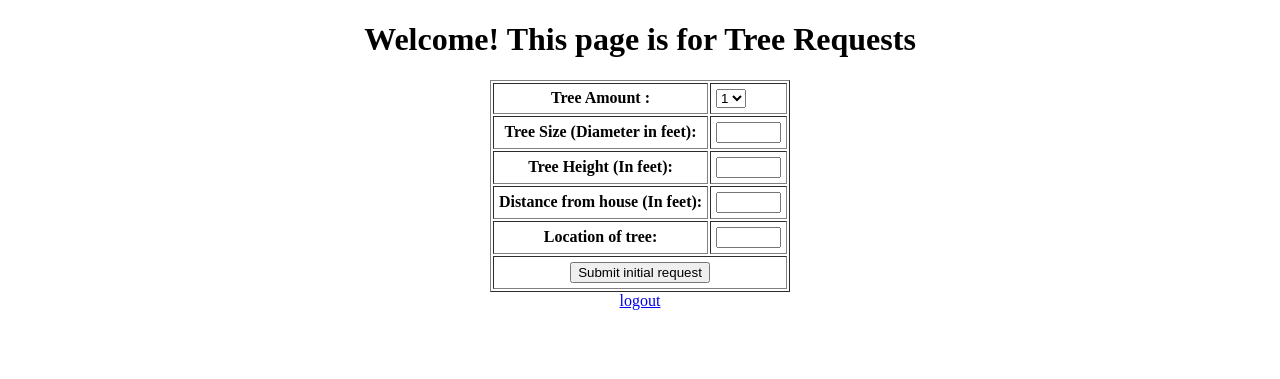
Repository: jrule5960/Tree-Cutting-Database
Page: http://localhost/database/processTreeRequest.jsp
These files come from the project's save history. The page is drawn as it stood at one moment and after the next save; the edit follows.
The browser window is 1280 px wide. The pictures show the whole page.
The page is served by Tomcat 9. Other server files are loaded and not shown.

Above is the page before, as saved 2023-11-06 21:09:02.

### database/WebContent/processTreeRequest.jsp
<%@ page language="java" contentType="text/html; charset=ISO-8859-1"
    pageEncoding="ISO-8859-1"%>
<%@ taglib uri="http://java.sun.com/jsp/jstl/core" prefix="c" %>

<!DOCTYPE html>
<html>
<head>
<meta charset="ISO-8859-1">
<title>Process Tree page</title>
</head>

<center><h1>Welcome! This page is for Tree Requests</h1> </center>

	<center>
	</center>



	<form action = "DavidSmithView.jsp" method = "post">
	<center>

		<table border="1" cellpadding="5">
		<tr>
			<th> Tree Amount : </th>
			<td>
			<select name= "tree_amt">
				<option value ="1"> 1  </option>
				<option value ="2"> 2  </option>
				<option value ="3"> 3  </option>
			</select>
			</td>
		</tr>

		<tr>
			<th> Tree Size (Diameter in feet): </th>
			<td align="center" colspan="8">
			<input type = "text" name = "tree_size" size = "5">
			</td>
		</tr>

		<tr>
			<th> Tree Height (In feet): </th>
			<td align="center" colspan="8">
			<input type = "text" name = "tree_height" size = "5">
			</td>
		</tr>

		<tr>
			<th> Distance from house (In feet): </th>
			<td align="center" colspan="8">
			<input type = "text" name = "tree_distance" size = "5">
			</td>
		</tr>

		<tr>
			<th> Location of tree: </th>
			<td align="center" colspan="8">
			<input type = "text" name = "tree_location" size = "5">
			</td>
		</tr>

		<tr>
			<td align="center" colspan="8">
			<input type = "submit" value = "Submit initial request">
			</td>
		</tr>
		</center>

		</table>
	</form>


	<body>
	 <center>
		 <a href="login.jsp"target ="_self" > logout</a><br><br>
		 </center>
	</body>
</html>

After the next save:
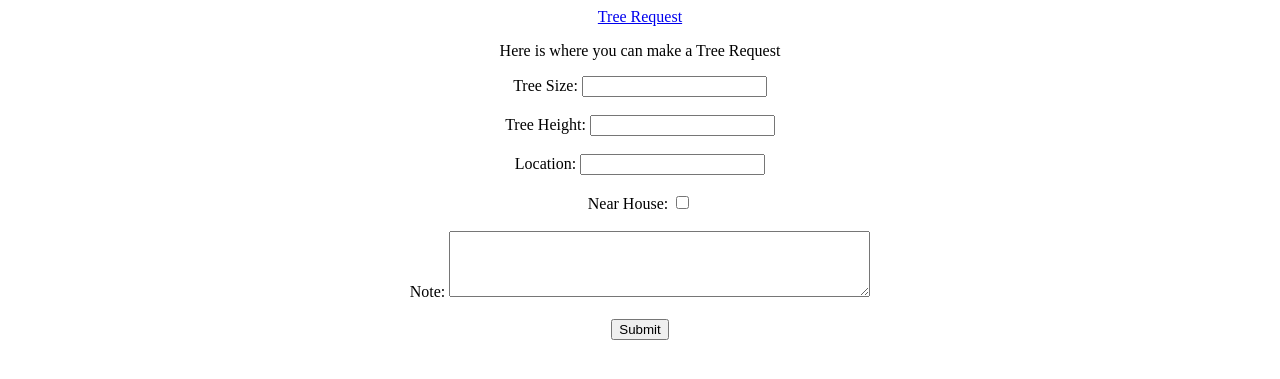
Saved 33 s later.
--- a/database/WebContent/processTreeRequest.jsp
+++ b/database/WebContent/processTreeRequest.jsp
@@ -1,78 +1,38 @@
-<%@ page language="java" contentType="text/html; charset=ISO-8859-1"
-    pageEncoding="ISO-8859-1"%>
+<%@ page language="java" contentType="text/html; charset=ISO-8859-1" pageEncoding="ISO-8859-1" %>
 <%@ taglib uri="http://java.sun.com/jsp/jstl/core" prefix="c" %>
-
 <!DOCTYPE html>
 <html>
 <head>
-<meta charset="ISO-8859-1">
-<title>Process Tree page</title>
+    <meta charset="ISO-8859-1">
+    <title>Client page</title>
 </head>
-
-<center><h1>Welcome! This page is for Tree Requests</h1> </center>
-
-	<center>
-	</center>
+<body>
 
 
+    <center>
 
-	<form action = "DavidSmithView.jsp" method = "post">
-	<center>
+    			<a href="processTreeRequest.jsp" target="_self">Tree Request</a>
 
-		<table border="1" cellpadding="5">
-		<tr>
-			<th> Tree Amount : </th>
-			<td>
-			<select name= "tree_amt">
-				<option value ="1"> 1  </option>
-				<option value ="2"> 2  </option>
-				<option value ="3"> 3  </option>
-			</select>
-			</td>
-		</tr>
+            <p>Here is where you can make a Tree Request</p>
 
-		<tr>
-			<th> Tree Size (Diameter in feet): </th>
-			<td align="center" colspan="8">
-			<input type = "text" name = "tree_size" size = "5">
-			</td>
-		</tr>
+        <form action="processTreeRequest.jsp" method="post">
+            <label for="treeSize">Tree Size:</label>
+            <input type="number" name="treeSize" required><br><br>
 
-		<tr>
-			<th> Tree Height (In feet): </th>
-			<td align="center" colspan="8">
-			<input type = "text" name = "tree_height" size = "5">
-			</td>
-		</tr>
+            <label for="treeHeight">Tree Height:</label>
+            <input type="number" name="treeHeight" required><br><br>
 
-		<tr>
-			<th> Distance from house (In feet): </th>
-			<td align="center" colspan="8">
-			<input type = "text" name = "tree_distance" size = "5">
-			</td>
-		</tr>
+            <label for="location">Location:</label>
+            <input type="text" name="location" required><br><br>
 
-		<tr>
-			<th> Location of tree: </th>
-			<td align="center" colspan="8">
-			<input type = "text" name = "tree_location" size = "5">
-			</td>
-		</tr>
+            <label for="nearHouse">Near House:</label>
+            <input type="checkbox" name="nearHouse"><br><br>
 
-		<tr>
-			<td align="center" colspan="8">
-			<input type = "submit" value = "Submit initial request">
-			</td>
-		</tr>
-		</center>
+            <label for="note">Note:</label>
+            <textarea name="note" rows="4" cols="50"></textarea><br><br>
 
-		</table>
-	</form>
-
-
-	<body>
-	 <center>
-		 <a href="login.jsp"target ="_self" > logout</a><br><br>
-		 </center>
-	</body>
+            <input type="submit" value="Submit">
+        </form>
+    </center>
+</body>
 </html>
